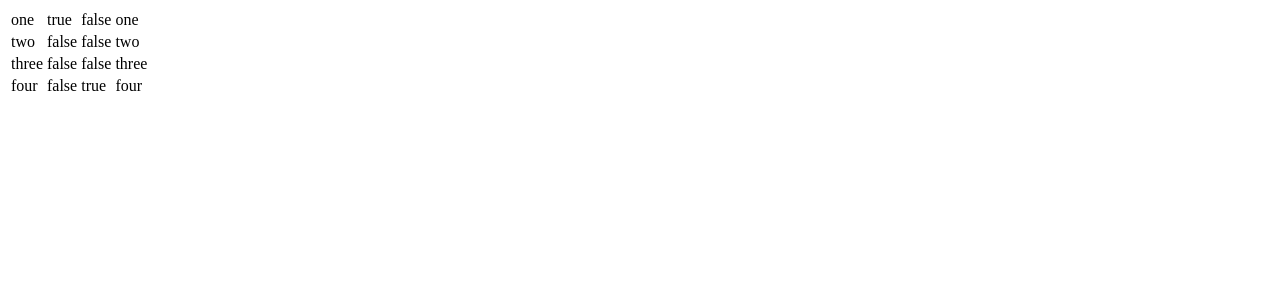
Repository: anushkammp/abc
Page: http://localhost/JSTLDemo/forEach.jsp
An editor plug-in stored every save of this project. The page is shown before and after the next save, followed by the edit.
The browser window is 1280 px wide. The pictures show the whole page.
The page is served by Tomcat 9.

Above is the page before, as saved 2018-08-20 09:56:52.

After the next save:
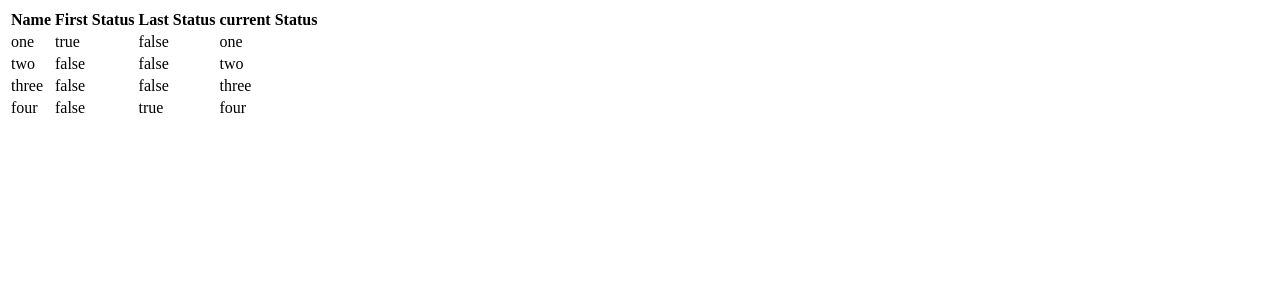
Saved 89 s later.
--- a/JSTLDemo/WebContent/forEach.jsp
+++ b/JSTLDemo/WebContent/forEach.jsp
@@ -14,6 +14,7 @@
 	pageContext.setAttribute("numbers",num);
 	%>
 	<table>
+	<th>Name</th><th>First Status</th><th>Last Status</th><th>current Status</th>
 		<c:forEach var="mynum" varStatus="st" items="${numbers }">
 		<tr>
 			<td><c:out value="${mynum }"></c:out></td>
